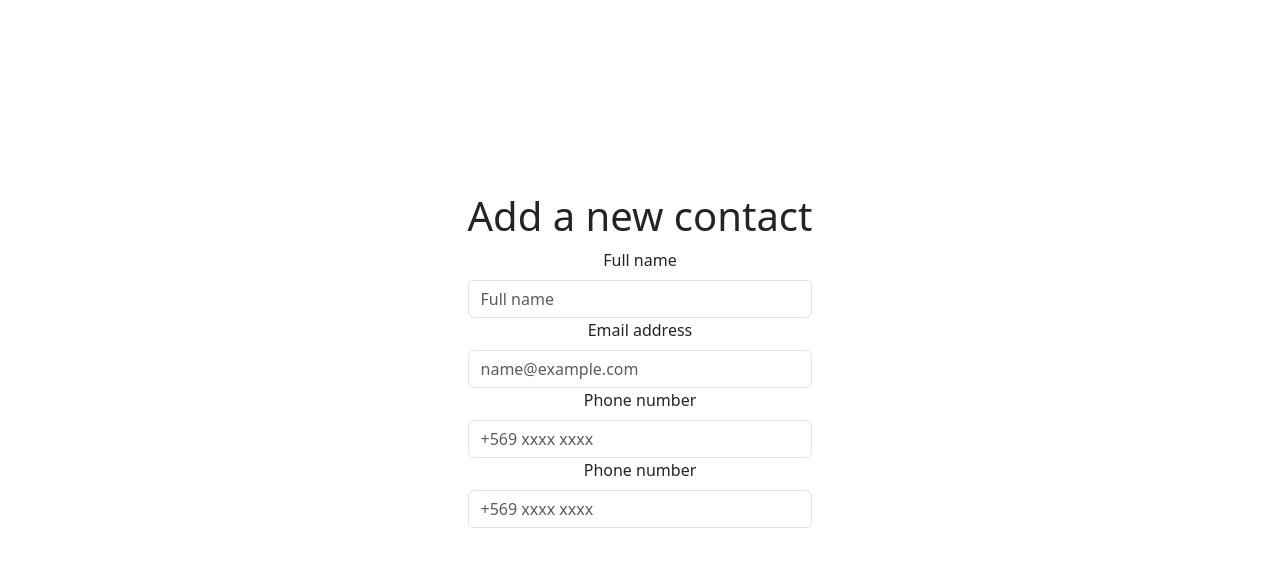
Repository: Cyttariasp/react-router-contact-list
Page: /add (app in contact-list/)
The author's editor kept a copy of each file at every save. The page is drawn from the files as they stood at one save, then again after the next save.
The browser window is 1280 px wide. The pictures show the whole page.
The project was rebuilt for these pictures with package versions that can differ from the ones it lists, and the page was loaded fresh each time. Also part of the build but not shown: contact-list/vite.config.js, contact-list/src/views/Home.jsx, contact-list/src/views/Contact.jsx.

Above is the page before, as saved 2025-07-21 11:01:27.

After the next save:
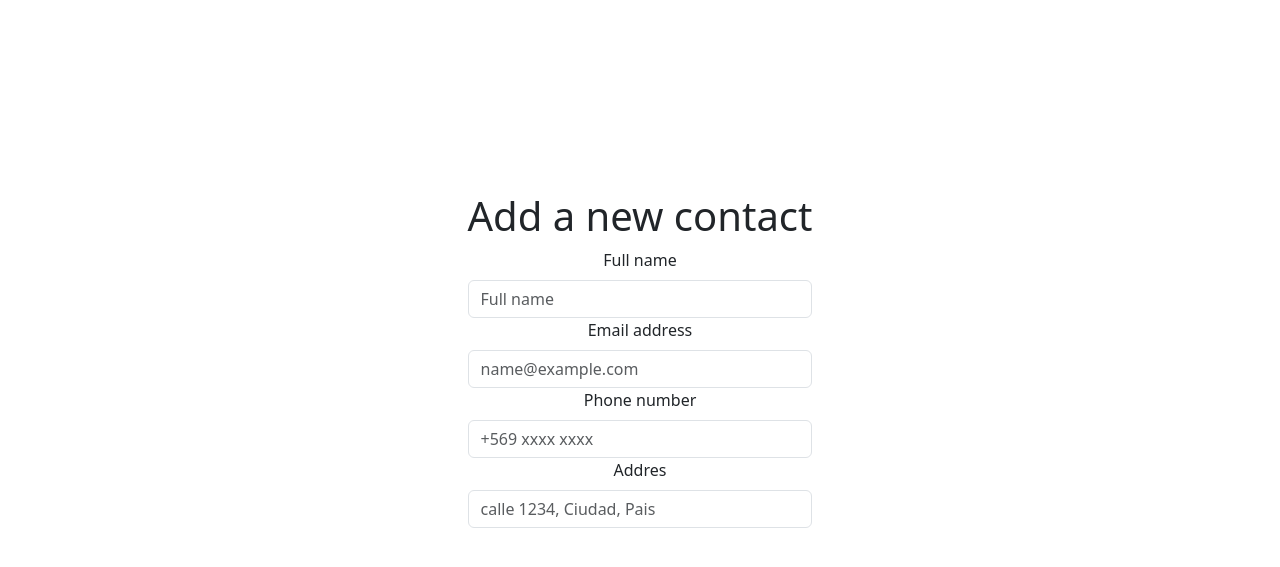
Saved 38 s later.
--- a/contact-list/src/views/Add.jsx
+++ b/contact-list/src/views/Add.jsx
@@ -37,13 +37,13 @@ function Add() {
       </div>
       <div className="">
         <label for="exampleFormControlInputAddres" className="form-label">
-          Phone number
+          Addres
         </label>
         <input
-          type="number"
+          type="text"
           className="form-control"
           id="exampleFormControlInputAddres"
-          placeholder="+569 xxxx xxxx"
+          placeholder="calle 1234, Ciudad, Pais"
         />
       </div>
     </div>
